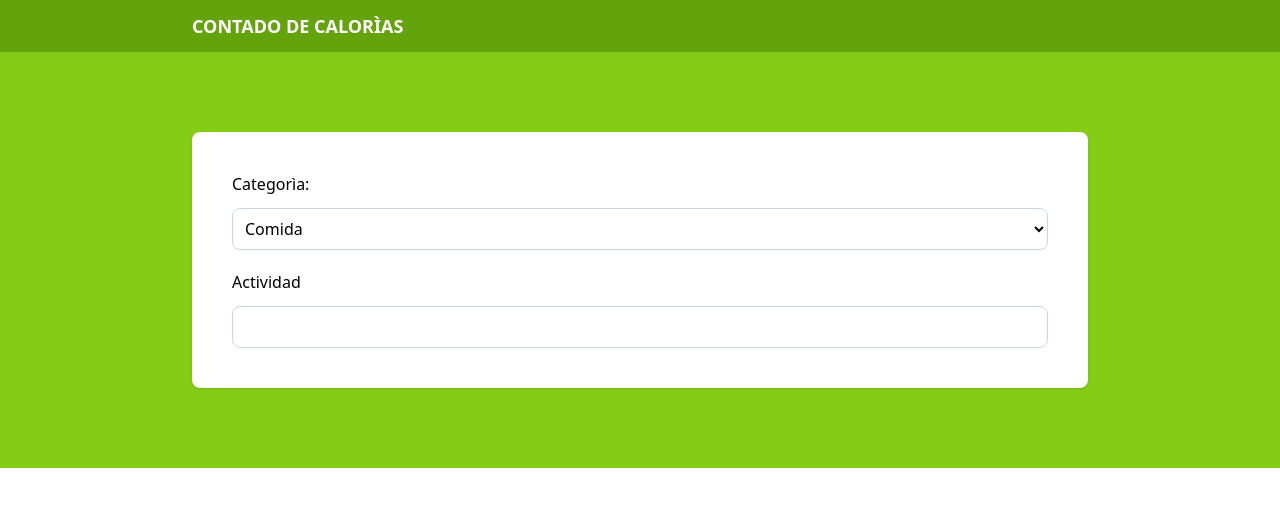
Repository: Matiiu/calorie-tracker
Page: /
The author's editor kept a copy of each file at every save. The page is drawn from the files as they stood at one save, then again after the next save.
The browser window is 1280 px wide. The pictures show the whole page.
The project was rebuilt for these pictures with package versions that can differ from the ones it lists, and the page was loaded fresh each time. Also part of the build but not shown: vite.config.ts.

Above is the page before, as saved 2024-03-30 22:44:08.

### index.html
<!doctype html>
<html lang="en">
  <head>
    <meta charset="UTF-8" />
    <link rel="icon" type="image/svg+xml" href="/vite.svg" />
    <meta name="viewport" content="width=device-width, initial-scale=1.0" />
    <title>Contador de Calorías - React</title>
  </head>
  <body>
    <div id="root"></div>
    <script type="module" src="/src/main.tsx"></script>
  </body>
</html>

### src/App.tsx
import Header from "./components/Header";
import Form from "./components/Form";
export default function App() {
  return (
    <>
      <Header />

      <section className="bg-lime-500 py-20 px-5">
        <div className="max-w-4xl mx-auto">
          <Form />
        </div>
      </section>
    </>
  );
}

### src/components/Header.tsx
export default function Header() {
  return (
    <header className="bg-lime-600 py-3">
      <div className="max-w-4xl mx-auto flex justify-between">
        <h1 className="text-center text-lg font-bold text-white uppercase">
          Contado de Calorìas
        </h1>
      </div>
    </header>
  );
}

### src/components/Form.tsx
import { categories } from "../data/categories";

export default function Form() {
  return (
    <form className="space-y-5 bg-white shadow p-10 rounded-lg">
      <div className="grid grid-cols-1 gap-3">
        <label htmlFor="category">Categorìa:</label>
        <select
          name="category"
          id="category"
          className="border border-slate-300 p-2 rounded-lg w-full bg-white"
        >
          {categories.map((category) => (
            <option key={category.id} value={category.id}>
              {category.name}
            </option>
          ))}
        </select>
      </div>

      <div className="grid grid-cols-1 gap-3">
        <label htmlFor="activity">Actividad</label>
        <input id="activity" name="activity" type="text" className="border border-slate-300 p-2 rounded-lg" />
      </div>
    </form>
  );
}

### src/data/categories.ts
import { Category } from "../types";

export const categories: Category[] = [
  { id: 1, name: "Comida" },
  { id: 2, name: "Ejercicio" },
];

Loaded but not shown: src/main.tsx (common file); src/index.css (common file); tailwind.config.js (common file)

After the next save:
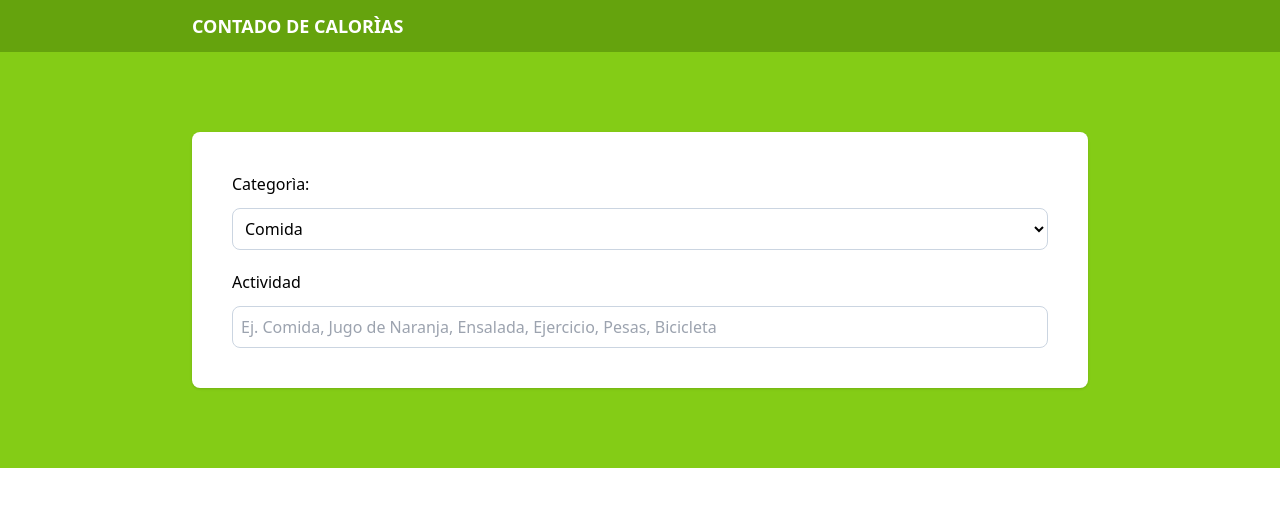
Saved 68 s later.
--- a/src/components/Form.tsx
+++ b/src/components/Form.tsx
@@ -20,7 +20,13 @@ export default function Form() {
 
       <div className="grid grid-cols-1 gap-3">
         <label htmlFor="activity">Actividad</label>
-        <input id="activity" name="activity" type="text" className="border border-slate-300 p-2 rounded-lg" />
+        <input
+            id="activity"
+            name="activity"
+            type="text"
+            className="border border-slate-300 p-2 rounded-lg"
+            placeholder="Ej. Comida, Jugo de Naranja, Ensalada, Ejercicio, Pesas, Bicicleta"
+        />
       </div>
     </form>
   );
